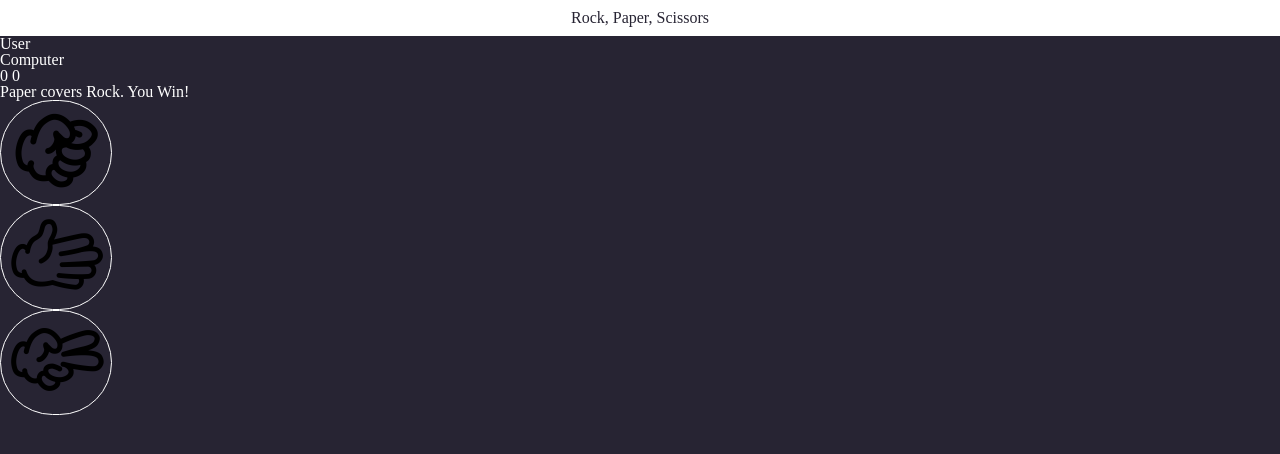
Repository: AndersonGuilherme/rock-paper-scissor-game-javascript
Page: index.html
The author's editor kept a copy of each file at every save. The page is drawn from the files as they stood at one save, then again after a run of saves.
The browser window is 1280 px wide. The pictures show the whole page.

Above is the page before, as saved 2019-01-12 12:43:48.

After the next 3 saves:
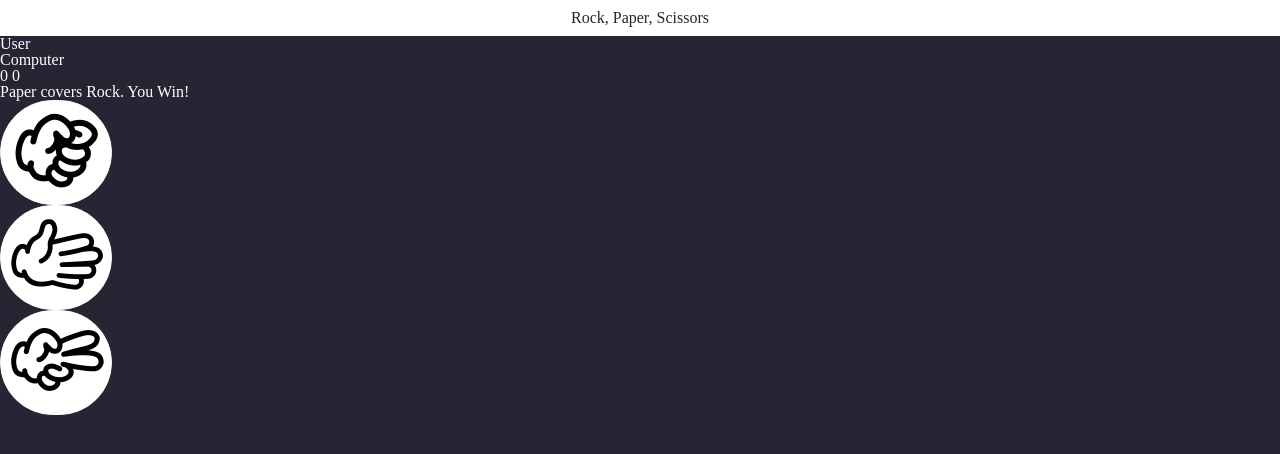
The 3 saves are shown as one change because they came seconds apart.
The last was saved 15 s later.
--- a/src/public/css/style.css
+++ b/src/public/css/style.css
@@ -15,6 +15,7 @@ body{
     border-radius: 100px;
     text-align: center;
     max-width: 110px;
+    background-color: #fff
 }
 
 .choice>img{
